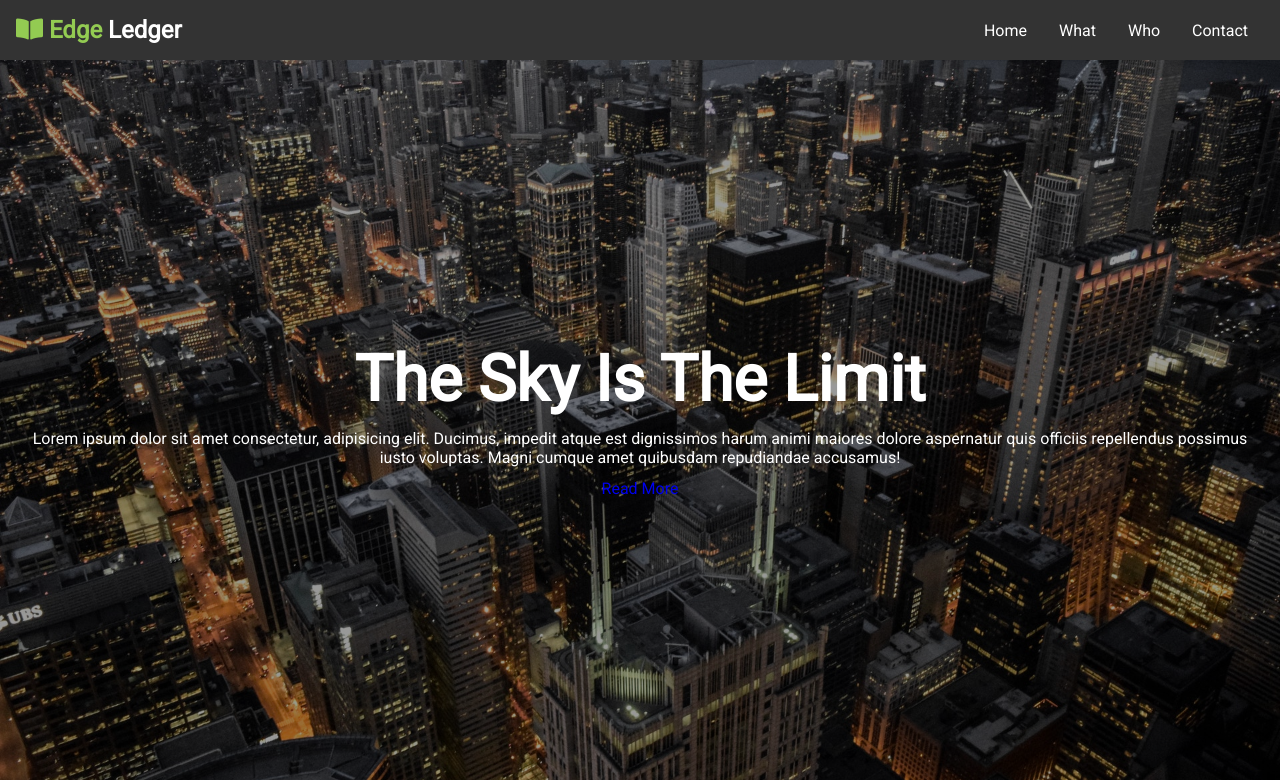
Repository: minhtien9/EdgeLedger-Financial-Web
Page: index.html
The author's editor kept a copy of each file at every save. The page is drawn from the files as they stood at one save, then again after the next save.
The browser window is 1280 px wide. The pictures show the whole page.

Above is the page before, as saved 2021-08-16 22:00:19.

### index.html
<!DOCTYPE html>
<html lang="en">

<head>
    <meta charset="UTF-8" />
    <meta http-equiv="X-UA-Compatible" content="IE=edge" />
    <meta name="viewport" content="width=device-width, initial-scale=1.0" />
    <link rel="stylesheet" href="https://cdnjs.cloudflare.com/ajax/libs/font-awesome/5.15.4/css/all.min.css" integrity="sha512-1ycn6IcaQQ40/MKBW2W4Rhis/DbILU74C1vSrLJxCq57o941Ym01SwNsOMqvEBFlcgUa6xLiPY/NS5R+E6ztJQ==" crossorigin="anonymous" referrerpolicy="no-referrer"
    />
    <link rel="stylesheet" media="screen and (max-width:768px)" href="css/mobile.css" />
    <link rel="stylesheet" media="screen  and (min-width:1100)" href="css/widescreen.css" />
    <link rel="stylesheet" href="css/style.css" />
    <title>EdgeLedger Financial | Accounting & Investment</title>
</head>

<body id="home">
    <!-- Navbar -->
    <nav id="navbar">
        <h1 class="logo">
            <span class="text-primary"> <i class="fas fa-book-open"></i> Edge </span
        >Ledger
      </h1>
      <ul>
        <li><a href="#home">Home</a></li>
        <li><a href="#what">What</a></li>
        <li><a href="#who">Who</a></li>
        <li><a href="#contact">Contact</a></li>
      </ul>
    </nav>
    <!-- Header: Showcase -->
    <header id="showcase">
      <div class="showcase-content">
        <h1 class="l-heading">The Sky Is The Limit</h1>
        <p class="lead">
          Lorem ipsum dolor sit amet consectetur, adipisicing elit. Ducimus,
          impedit atque est dignissimos harum animi maiores dolore aspernatur
          quis officiis repellendus possimus iusto voluptas. Magni cumque amet
          quibusdam repudiandae accusamus!
        </p>
        <a href="#what" class="btn">Read More</a>
      </div>
    </header>
  </body>
</html>

### css/style.css
@import url('https://fonts.googleapis.com/css2?family=Roboto&display=swap');
* {
    box-sizing: border-box;
    margin: 0;
    padding: 0;
}

body {
    font-family: 'Roboto', sans-serif;
}

a {
    text-decoration: none;
}

p {
    margin: 0.75rem 0;
}


/* Utility Classes */

.text-primary {
    color: #93cb52;
}

.l-heading {
    font-size: 4rem;
}


/* Navbar */

#navbar {
    display: flex;
    position: stick;
    top: 0;
    background: #333;
    color: #fff;
    justify-content: space-between;
    z-index: 1;
    padding: 1rem;
}

#navbar ul {
    display: flex;
    align-items: center;
    list-style: none;
}

#navbar ul li a {
    color: #fff;
    padding: 0.75rem;
    margin: 0 0.25rem;
}

#navbar ul li a:hover {
    background: #93cb52;
    border-radius: 5px;
}


/* Showcase */

#showcase {
    background: #333 url('../img/showcase.jpg') no-repeat center center/cover;
    height: 100vh;
    color: #fff;
}

#showcase .showcase-content {
    display: flex;
    flex-direction: column;
    text-align: center;
    justify-content: center;
    align-items: center;
    height: 100%;
    padding: 0 2rem;
    /* Overlay */
    position: absolute;
    top: 60px;
    left: 0;
    background-color: rgba(0, 0, 0, 0.4);
}

Loaded but not shown: css/mobile.css (no stored copy; drawn as an empty file); css/widescreen.css (no stored copy; drawn as an empty file)

After the next save:
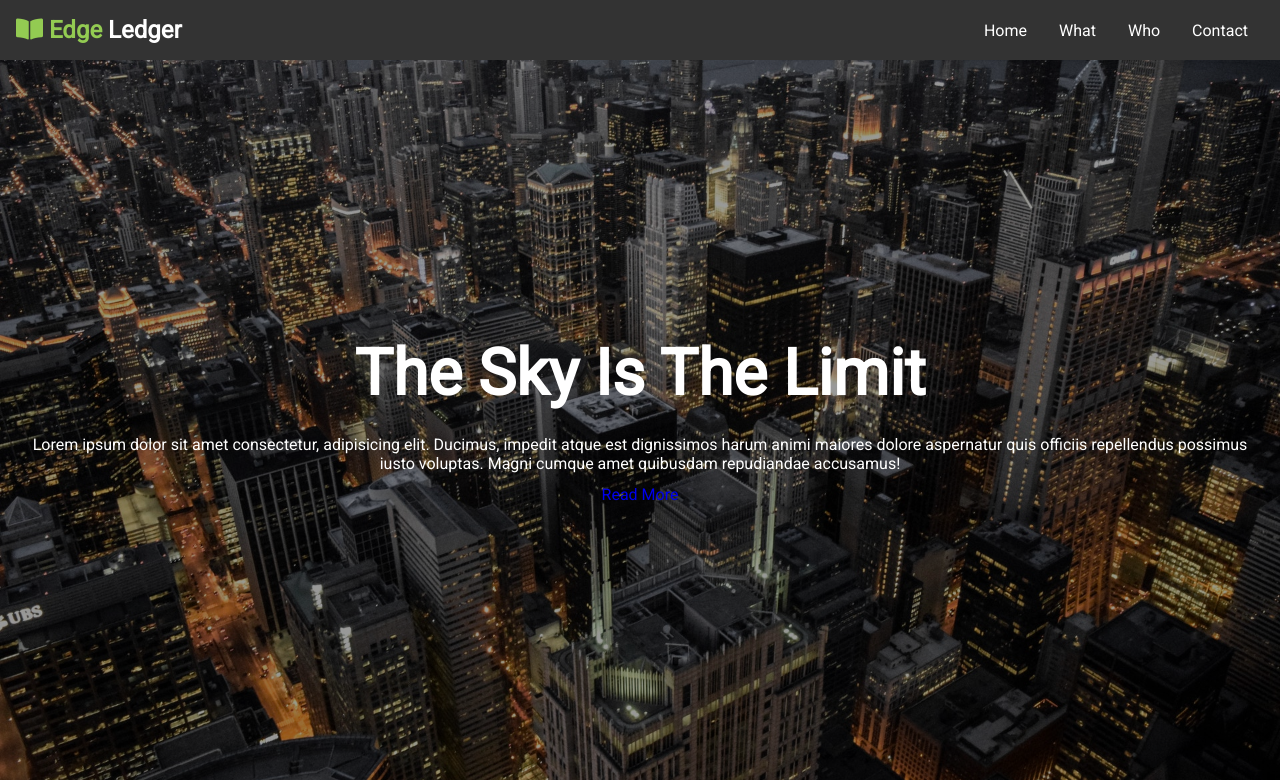
Saved 15 s later.
--- a/css/style.css
+++ b/css/style.css
@@ -26,6 +26,7 @@
 
 .l-heading {
     font-size: 4rem;
+    margin-bottom: 0.75rem;
 }
 
 
